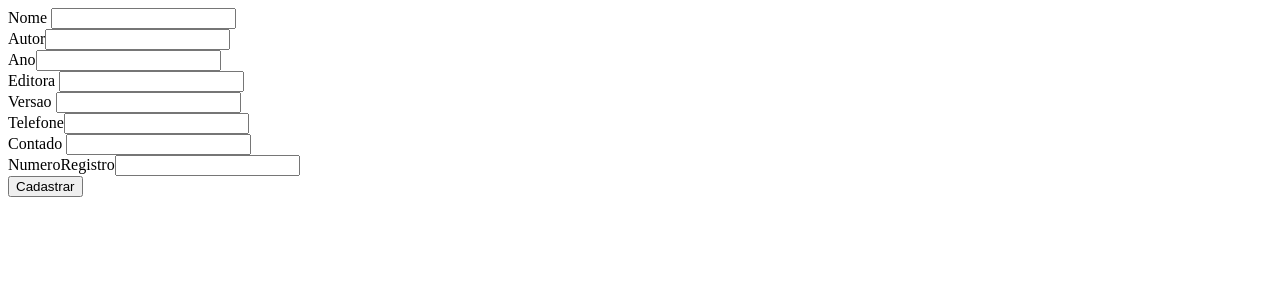
Repository: andersonsilvade/workspacejava
Page: WorkSpace/Lista1/WebContent/cadastro.html
The author's editor kept a copy of each file at every save. The page is drawn from the files as they stood at one save, then again after the next save.
The browser window is 1280 px wide. The pictures show the whole page.

Above is the page before, as saved 2014-08-22 11:12:16.

After the next save:
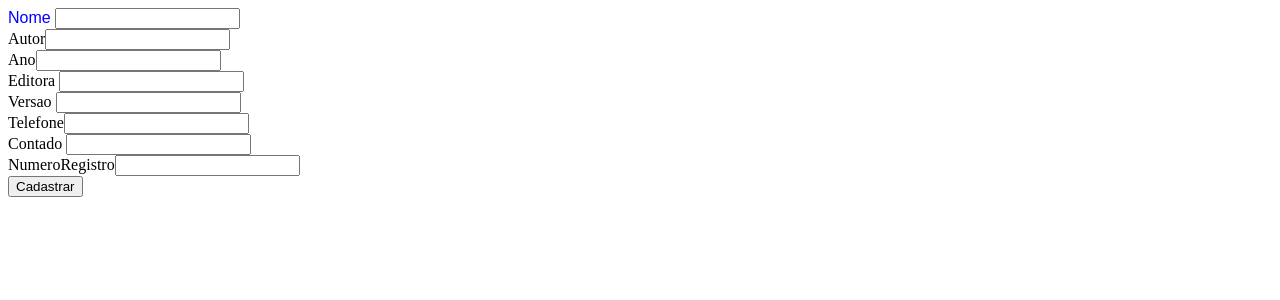
Saved 2 min 49 s later.
--- a/WorkSpace/Lista1/WebContent/cadastro.html
+++ b/WorkSpace/Lista1/WebContent/cadastro.html
@@ -6,7 +6,7 @@
 </head>
 <body>
 <form action="cl" method = "post">
-Nome <input type = "text" name = "nome" />
+<font><font face="Arial" size="3" color="blue">Nome</font> <input type = "text" name = "nome" />
 </br>
 Autor<input type = "text" name = "autor"/>
 </br>
